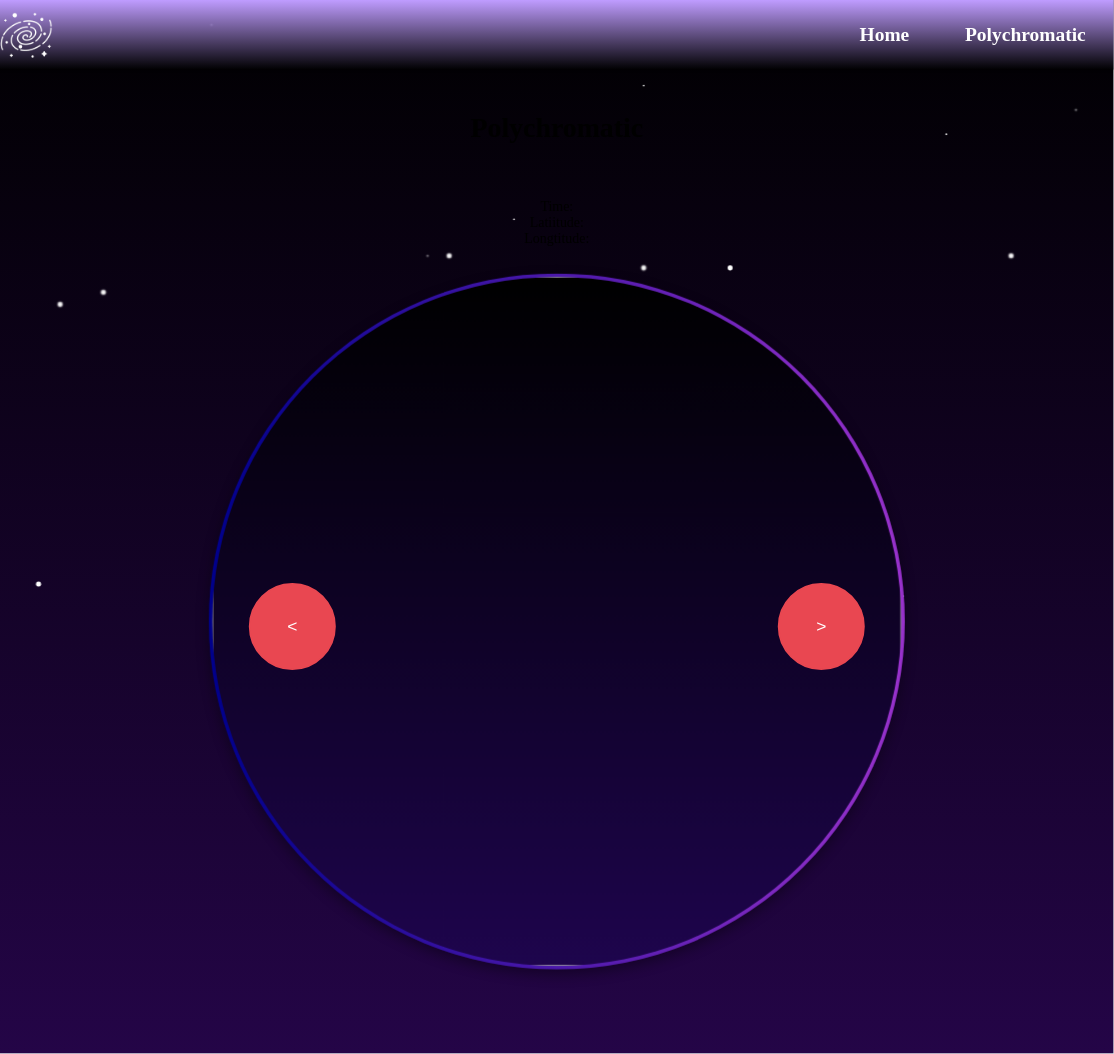
Repository: KayceeNguyen/DAI_W07_NASA
Page: /polychromatic
An editor plug-in stored every save of this project. The page is shown before and after the next save, followed by the edit.
The browser window is 1280 px wide. The pictures show the whole page, at 87% of full size.
The page's requests for data from a server got no answer. The project was rebuilt for these pictures with package versions that can differ from the ones it lists, and the page was loaded fresh each time. The framework's server and built-in components were replaced by stand-ins that run in the browser. No one was signed in, and anything a server would have sent is missing. Also part of the build but not shown: next.config.js.

Above is the page before, as saved 2023-02-17 01:40:18.

After the next save:
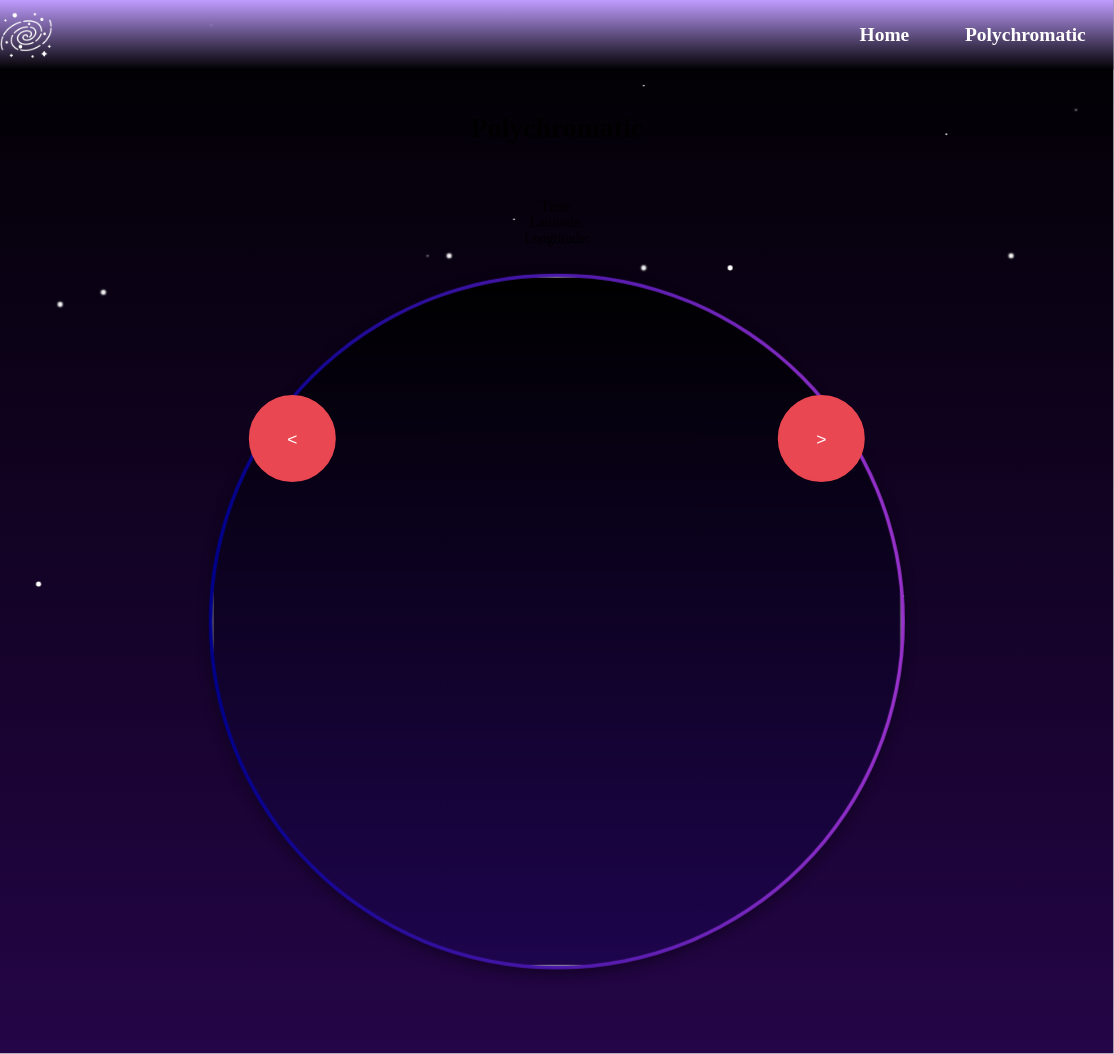
Saved 8 s later.
--- a/styles/Home.module.css
+++ b/styles/Home.module.css
@@ -577,7 +577,7 @@
 /* styles for the previous/next arrow buttons */
 .arrowContainer {
   position: absolute;
-  top: 100vh;
+  top: 70vh;
   transform: translateY(-50%);
   display: flex;
   justify-content: space-between;
